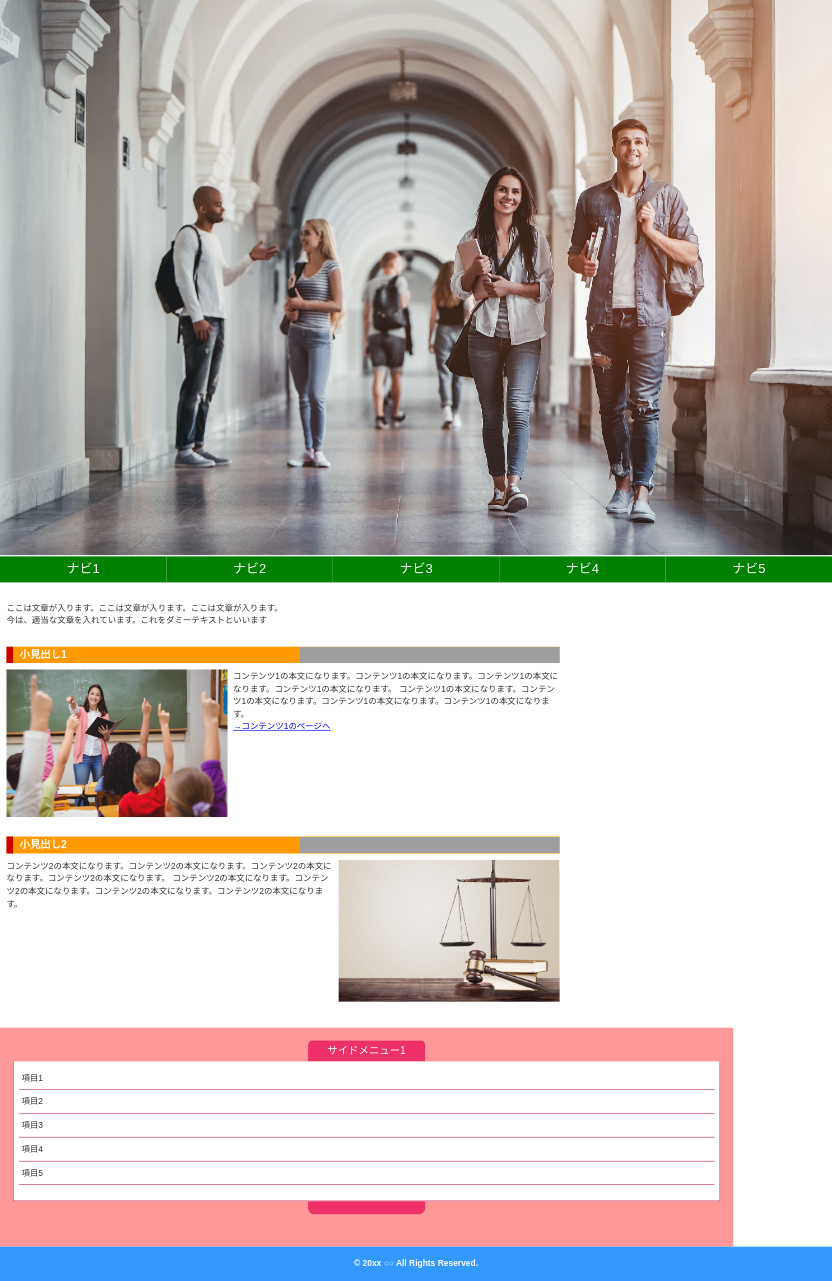
Repository: Soto-Iwaki/samurai_HTML-CSS
Page: home.html
The author's editor kept a record of every edit. The page is drawn from the files as they stood at one moment, then again after the next edit.
The browser window is 1280 px wide. The pictures show the whole page, at 65% of full size.
Pictures or frames that could not be fetched are drawn as grey boxes.

Above is the page before.

### home.html
<!DOCTYPE html>
<html lang="ja">
    <head>
        <meta charset="UTF-8">
        <title>HTML/CSSの学習</title>
        <link rel="stylesheet" href="stylesheet.css">
    </head>
    <body>
            <div id="header">
                <h1><a href="index.html"><img id="corridor" src="images/corridor.jpg" alt="大学の廊下" /></a></h1>
            </div>
        <div id="wrapper">
            <div id="nav">
                <ul>
                    <li><a href="home.html">ナビ1</a></li>
                    <li><a href="#">ナビ2</a></li>
                    <li><a href="#">ナビ3</a></li>
                    <li><a href="#">ナビ4</a></li>
                    <li><a href="#">ナビ5</a></li>
                </ul>
            </div>
                <div id="container">
                    <div id="main">
                        <div class="post">
                            <p>ここは文章が入ります。ここは文章が入ります。ここは文章が入ります。<br/>今は、適当な文章を入れています。これをダミーテキストといいます</p>
                        </div>
                        <div class="post clearfix">
                            <h2>小見出し1</h2>
                            <img class="left" src="images/classroom.jpg" alt="授業風景" />
                            <p>
                                コンテンツ1の本文になります。コンテンツ1の本文になります。コンテンツ1の本文になります。コンテンツ1の本文になります。
                                コンテンツ1の本文になります。コンテンツ1の本文になります。コンテンツ1の本文になります。コンテンツ1の本文になります。
                            </p>
                            <p><a href="#">→コンテンツ1のページへ</a></p>
                        </div>
                    <div class="post clearfix">
                        <h2>小見出し2</h2>
                        <img class="right" src="images/scale.jpg" alt="天秤" />
                        <p>
                            コンテンツ2の本文になります。コンテンツ2の本文になります。コンテンツ2の本文になります。コンテンツ2の本文になります。
                            コンテンツ2の本文になります。コンテンツ2の本文になります。コンテンツ2の本文になります。コンテンツ2の本文になります。
                        </p>
                    </div>
                </div>
        </div>
            <div id="side">
                <div class="box">
                    <h2>サイドメニュー1</h2>
                    <div class="boxBody">
                        <ul>
                            <li>項目1</li>
                            <li>項目2</li>
                            <li>項目3</li>
                            <li>項目4</li>
                            <li>項目5</li>
                        </ul>
                    </div>
                </div>
            </div>
        <div id="footer">
            <p>&copy; 20xx ○○ All Rights Reserved.</p>
            </div>
    </body>
</html>

### stylesheet.css
@charset "utf-8";

body {
	margin: 0;
	padding: 0;
	font-family: "ヒラギノ角ゴ Pro W3", "Hiragino Kaku Gothic Pro", "メイリオ", Meiryo, Osaka, "ＭＳ Ｐゴシック", "MS PGothic", sans-serif;
	color: #333;
	font-size: 13px;
	line-height: 150%;
}

/* -------------------- wrapper -------------------- */
#wrapper {
	width: 100%;
	margin: auto;
	padding: 0px;
	border: 0px;
	background-color: #FFF;
	top: 10px;
}

/* -------------------- header -------------------- */
#header {
	width: 100%;
}
#header h1 {
	margin: 0;
	padding: 0;
}

#corridor {
	width: 100%;
	height: auto;
}

/* -------------------- footer -------------------- */
#footer {
	clear: both;
	width: 100%;
	padding: 3px 0 3px 0;
	background: #39F;
	color: #FFF;
	font-weight: bold;
	text-align: center;
}

/* -------------------- nav -------------------- */
#nav {
	width: 100%;
}
#nav ul {
	display: flex;
	margin: 0;
	padding: 0;
	list-style-type: none;
}
#nav ul li {
	width: 20%;
	text-align: center;
}
#nav ul li a {
	display: block;
	height: 20px;
	margin: 0;
	padding: 10px;
	color: #FFF;
	font-size: 20px;
	text-decoration: none;
	background-color: green;
}

#nav ul li a:hover {
	filter: drop-shadow(10px 10px 10px black);
}

/* -------------------- container -------------------- */
#container {
	width: 100%;
	margin: auto ;
	padding: auto;
	padding-top: 20px;
	clear: both;
	display: grid;
	grid-template-columns: 70vw 30vw;
}
/* -------------------- main -------------------- */
#main {
	width: 95%;
	padding: 10px 30px 10px 10px;
}
#main h2 {
	margin: 0 0 10px 0;
	padding: 3px 10px 3px 10px;
	color: #FFF;
	font-size: 16px;
	border-left: solid 10px #C00;
	background: #F90 url(../images/main_h2.jpg) right top repeat-y;
}
#main p {
	margin: 0;
	padding: 0;
}
#main .post {
	margin: 0 0 30px 0;
}

#main .post img.right {
	margin: 0 0 0 8px;
}
#main .post img.left {
	margin: 0 8px 0 0;
}

.right {
	float: right;
	width: 40%;
	height: auto;
}
.left {
	float: left;
	width: 40%;
	height: auto;
}

/* -------------------- clearfix -------------------- */
.clearfix {
	zoom: 1;
}
.clearfix:after{
	content: "";
	display: block;
	clear: both;
}

/* -------------------- side -------------------- */
#side {
	width: 85%;
	padding: 20px;
	background-color: #F99;
}
#side .box {
	margin: 0 auto 30px auto;
	padding: 0 0 20px 0;
	background: url(images/side_box.png) bottom no-repeat;
}
#side .box h2 {
	margin: 0;
	padding: 8px;
	text-align: center;
	color: #fff;
	font-size: 16px;
	line-height: 16px;
	font-weight: normal;
	background: url(images/side_box_h2.png) center no-repeat;
}
#side .box .boxBody {
	padding: 8px;
	border-right: solid 1px #C36;
	border-bottom: solid 1px #C36;
	border-left: solid 1px #C36;
	background: #fff;
}
#side .box .boxBody ul {
	margin: 0 0 16px 0;
	padding: 0;
}
#side .box .boxBody ul li {
	padding: 8px 0 8px 4px;
	list-style: none;
	border-bottom: solid 1px #C36;
}

#side .box .boxBody ul li:hover {
	padding: 8px 0 8px 4px;
	list-style: none;
	border-bottom: solid 1px #C36;
	box-shadow: 0px 4px 4px rgba(0, 0, 0, 0.3);
}

After the next edit:
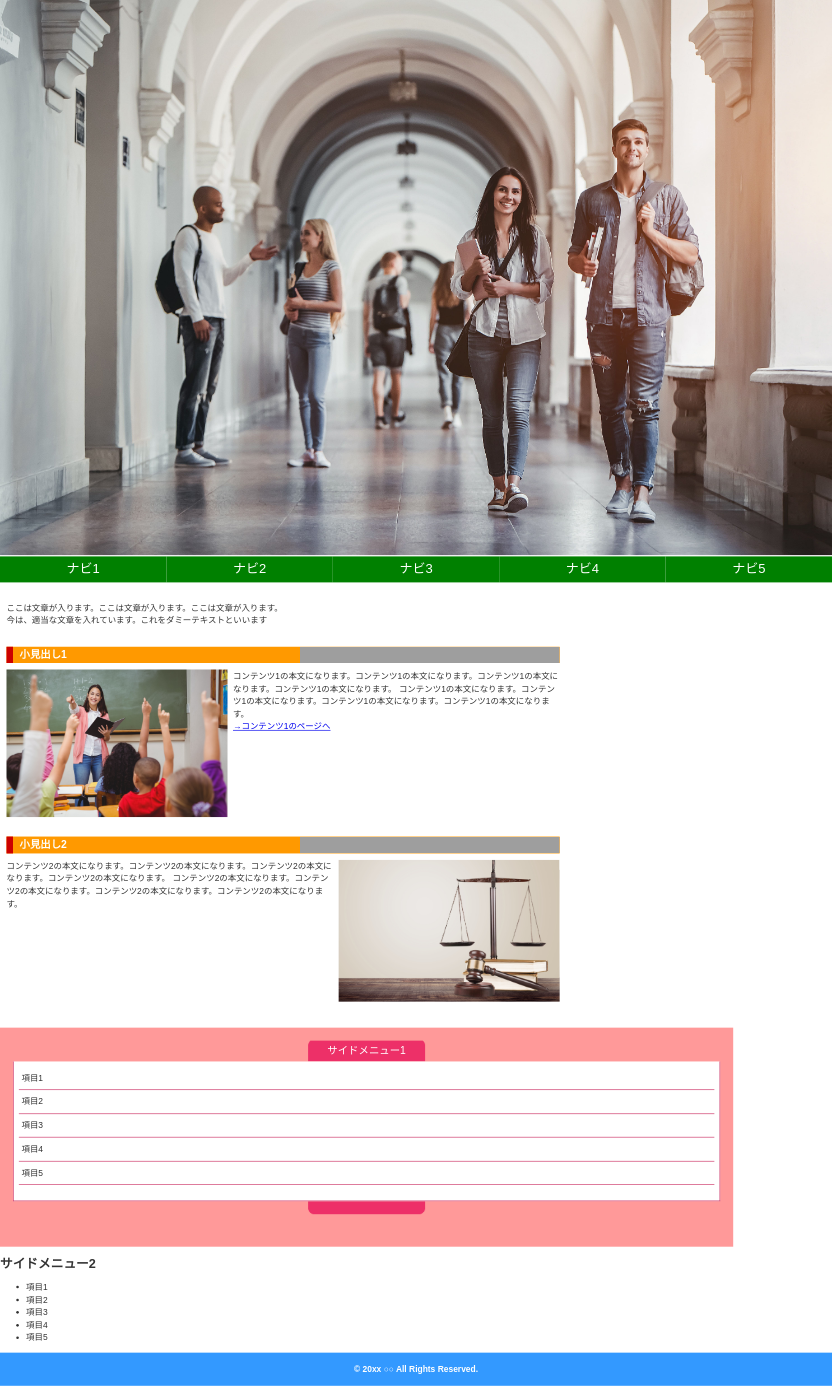
The edit:
--- a/home.html
+++ b/home.html
@@ -57,6 +57,18 @@
                     </div>
                 </div>
             </div>
+            <div class="box">
+                <h2>サイドメニュー2</h2>
+                <div class="boxBody">
+                    <ul>
+                        <li>項目1</li>
+                        <li>項目2</li>
+                        <li>項目3</li>
+                        <li>項目4</li>
+                        <li>項目5</li>
+                    </ul>
+                </div>
+            </div>
         <div id="footer">
             <p>&copy; 20xx ○○ All Rights Reserved.</p>
             </div>
